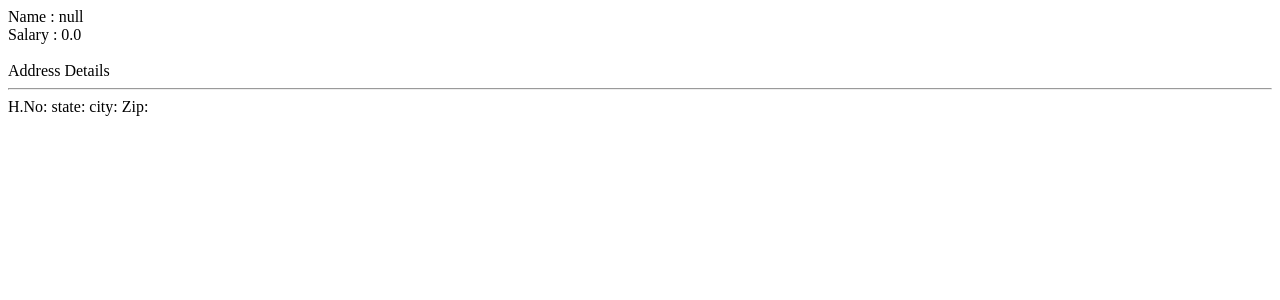
Repository: webutech/Java_Track
Page: http://localhost/JSPBeanDemoApp/employeeView.jsp
An editor plug-in stored every save of this project. The page is shown before and after the next save, followed by the edit.
The browser window is 1280 px wide. The pictures show the whole page.
The page is served by Tomcat 9.

Above is the page before, as saved 2017-04-06 09:08:55.

### AdvJavaWS/JSPBeanDemoApp/WebContent/employeeView.jsp
<jsp:useBean id="employee" class="com.yash.pojo.Employee" scope="request"/>

Name :  <jsp:getProperty property="name" name="employee"/><br>
Salary :  <jsp:getProperty property="salary" name="employee"/><br>
<br>
Address Details <br><hr>
H.No: ${employee.address.hno}
state: ${employee.address.state}
city: ${employee.address.city}
Zip: ${employee.address.zip}

### AdvJavaWS/JSPBeanDemoApp/src/com/yash/pojo/Employee.java
package com.yash.pojo;

public class Employee {

	private String name;
	private double salary;
	private Address address;

	public String getName() {
		return name;
	}
	public void setName(String name) {
		this.name = name;
	}
	public double getSalary() {
		return salary;
	}
	public void setSalary(double salary) {
		this.salary = salary;
	}
	public Address getAddress() {
		return address;
	}
	public void setAddress(Address address) {
		this.address = address;
	}





}

### AdvJavaWS/JSPBeanDemoApp/src/com/yash/pojo/Address.java
package com.yash.pojo;

public class Address {

	private String hno;
	private String state;
	private String city;
	private String zip;
	public String getHno() {
		return hno;
	}
	public void setHno(String hno) {
		this.hno = hno;
	}
	public String getState() {
		return state;
	}
	public void setState(String state) {
		this.state = state;
	}
	public String getCity() {
		return city;
	}
	public void setCity(String city) {
		this.city = city;
	}
	public String getZip() {
		return zip;
	}
	public void setZip(String zip) {
		this.zip = zip;
	}




}

After the next save:
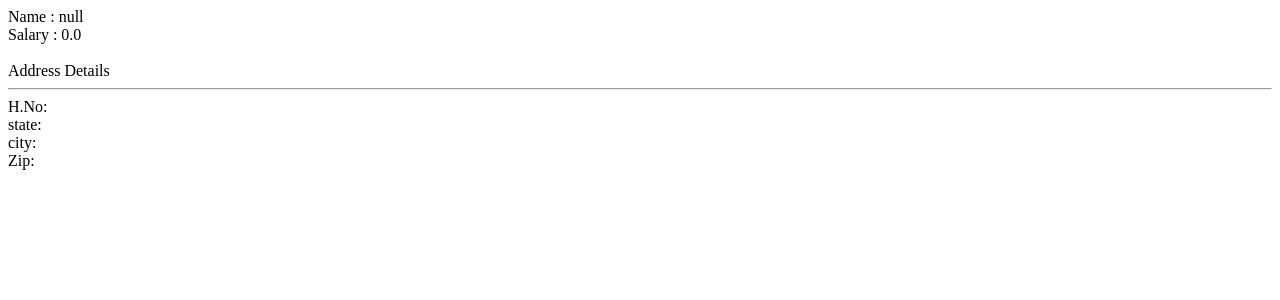
Saved 41 s later.
--- a/AdvJavaWS/JSPBeanDemoApp/WebContent/employeeView.jsp
+++ b/AdvJavaWS/JSPBeanDemoApp/WebContent/employeeView.jsp
@@ -4,7 +4,7 @@ Name :  <jsp:getProperty property="name" name="employee"/><br>
 Salary :  <jsp:getProperty property="salary" name="employee"/><br>
 <br>
 Address Details <br><hr>
-H.No: ${employee.address.hno}
-state: ${employee.address.state}
-city: ${employee.address.city}
+H.No: ${employee.address.hno}<br>
+state: ${employee.address.state}<br>
+city: ${employee.address.city}<br>
 Zip: ${employee.address.zip}
